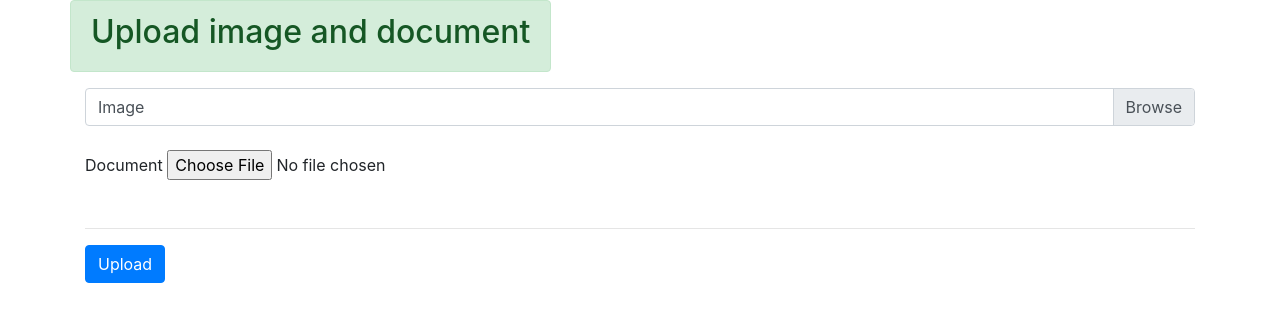
Repository: MT-thanh-MT/Java4_labs
Page: http://localhost/Lab3/UploadServlet
These files come from the project's save history. The page is drawn as it stood at one moment and after the next save; the edit follows.
The browser window is 1280 px wide. The pictures show the whole page.
The page is served by Tomcat 9. Other server files are loaded and not shown.

Above is the page before, as saved 2022-07-15 12:06:12.

### Lab3/src/main/webapp/upload.jsp
<%@ page language="java" contentType="text/html; charset=ISO-8859-1"
	pageEncoding="ISO-8859-1"%>
<!doctype html>
<html lang="en">
<head>
<!-- Required meta tags -->
<meta charset="utf-8">
<meta name="viewport"
	content="width=device-width, initial-scale=1, shrink-to-fit=no">

<!-- Bootstrap CSS -->
<link rel="stylesheet"
	href="https://cdn.jsdelivr.net/npm/bootstrap@4.6.1/dist/css/bootstrap.min.css"
	integrity="sha384-zCbKRCUGaJDkqS1kPbPd7TveP5iyJE0EjAuZQTgFLD2ylzuqKfdKlfG/eSrtxUkn"
	crossorigin="anonymous">

<title>Upload!</title>
</head>
<body>
	<div class="container">
		<div class="row">
			<div class="alert alert-success">
				<h2>Upload image and document</h2>
			</div>
		</div>
		<div class="row">
			<div class="col">
				<form action="UploadServlet" enctype="multipart/form-data"
					method="post">
					<div class="custom-file mb-4">
						<input type="file" id="image" class="custom-file-input" name="image" />
						<label for="image" class="custom-file-label">Image</label>
					</div>
					<div class="custom-file mb-4">
						<label for="document">Document</label> <input type="file"
							id="document" name="document" />
					</div>
					<hr />
					<button class="btn btn-primary">Upload</button>
				</form>
			</div>
		</div>
	</div>


	<script
		src="https://cdn.jsdelivr.net/npm/jquery@3.5.1/dist/jquery.slim.min.js"
		integrity="sha384-DfXdz2htPH0lsSSs5nCTpuj/zy4C+OGpamoFVy38MVBnE+IbbVYUew+OrCXaRkfj"
		crossorigin="anonymous"></script>
	<script
		src="https://cdn.jsdelivr.net/npm/popper.js@1.16.1/dist/umd/popper.min.js"
		integrity="sha384-9/reFTGAW83EW2RDu2S0VKaIzap3H66lZH81PoYlFhbGU+6BZp6G7niu735Sk7lN"
		crossorigin="anonymous"></script>
	<script
		src="https://cdn.jsdelivr.net/npm/bootstrap@4.6.1/dist/js/bootstrap.min.js"
		integrity="sha384-VHvPCCyXqtD5DqJeNxl2dtTyhF78xXNXdkwX1CZeRusQfRKp+tA7hAShOK/B/fQ2"
		crossorigin="anonymous"></script>
	<script>
		// Add the following code if you want the name of the file appear on select
		$(".custom-file-input").on(
				"change",
				function() {
					var fileName = $(this).val().split("\\").pop();
					$(this).siblings(".custom-file-label").addClass("selected")
							.html(fileName);
				});
	</script>
</body>
</html>

### Lab3/src/main/java/edu/poly/servlet/UploadServlet.java
package edu.poly.servlet;

import java.io.IOException;
import java.nio.file.Files;
import java.nio.file.Path;
import java.nio.file.Paths;

import javax.servlet.ServletException;
import javax.servlet.annotation.MultipartConfig;
import javax.servlet.annotation.WebServlet;
import javax.servlet.http.HttpServlet;
import javax.servlet.http.HttpServletRequest;
import javax.servlet.http.HttpServletResponse;
import javax.servlet.http.Part;

/**
 * Servlet implementation class UploadServlet
 */
@MultipartConfig
@WebServlet("/UploadServlet")
public class UploadServlet extends HttpServlet {

	protected void doGet(HttpServletRequest request, HttpServletResponse response) throws ServletException, IOException {
		request.getRequestDispatcher("upload.jsp").forward(request, response);

	}


	protected void doPost(HttpServletRequest request, HttpServletResponse response) throws ServletException, IOException {
		String uploadFolder = request.getServletContext().getRealPath("/uploads");
		Path uploadPath = Paths.get(uploadFolder);

		if (!Files.exists(uploadPath)) {
			Files.createDirectory(uploadPath);
		}
		Part imagePart = request.getPart("image");
		Part documentPart = request.getPart("document");

		String imageFilename = Path.of(imagePart.getSubmittedFileName()).getFileName().toString();
		String documentFilename = Path.of(documentPart.getSubmittedFileName()).getFileName().toString();

		imagePart.write(Paths.get(uploadPath.toString(), imageFilename).toString());
		documentPart.write(Paths.get(uploadPath.toString(),documentFilename).toString());

		request.setAttribute("image", imageFilename);
		request.setAttribute("document", documentFilename);

		request.getRequestDispatcher("result.jsp").forward(request, response);

	}

}

After the next save:
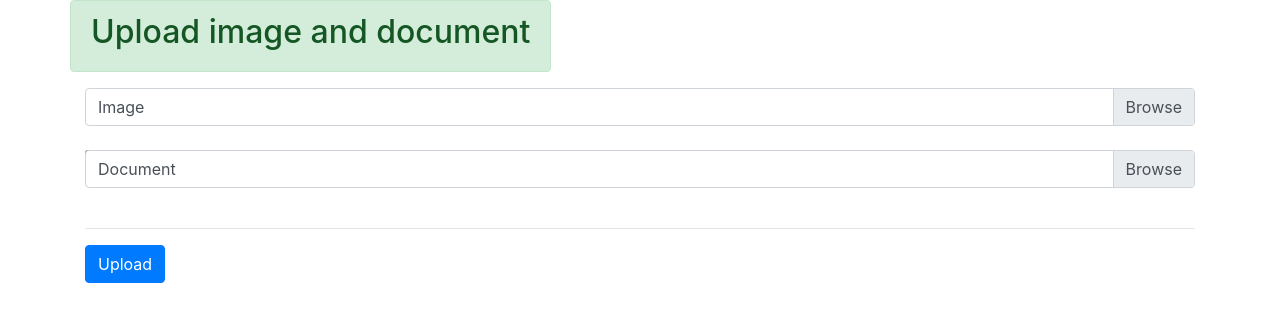
Saved 53 s later.
--- a/Lab3/src/main/webapp/upload.jsp
+++ b/Lab3/src/main/webapp/upload.jsp
@@ -32,8 +32,8 @@
 						<label for="image" class="custom-file-label">Image</label>
 					</div>
 					<div class="custom-file mb-4">
-						<label for="document">Document</label> <input type="file"
-							id="document" name="document" />
+						<input type="file" id="document" name="document" />
+						<label for="document" class="custom-file-label">Document</label>
 					</div>
 					<hr />
 					<button class="btn btn-primary">Upload</button>
